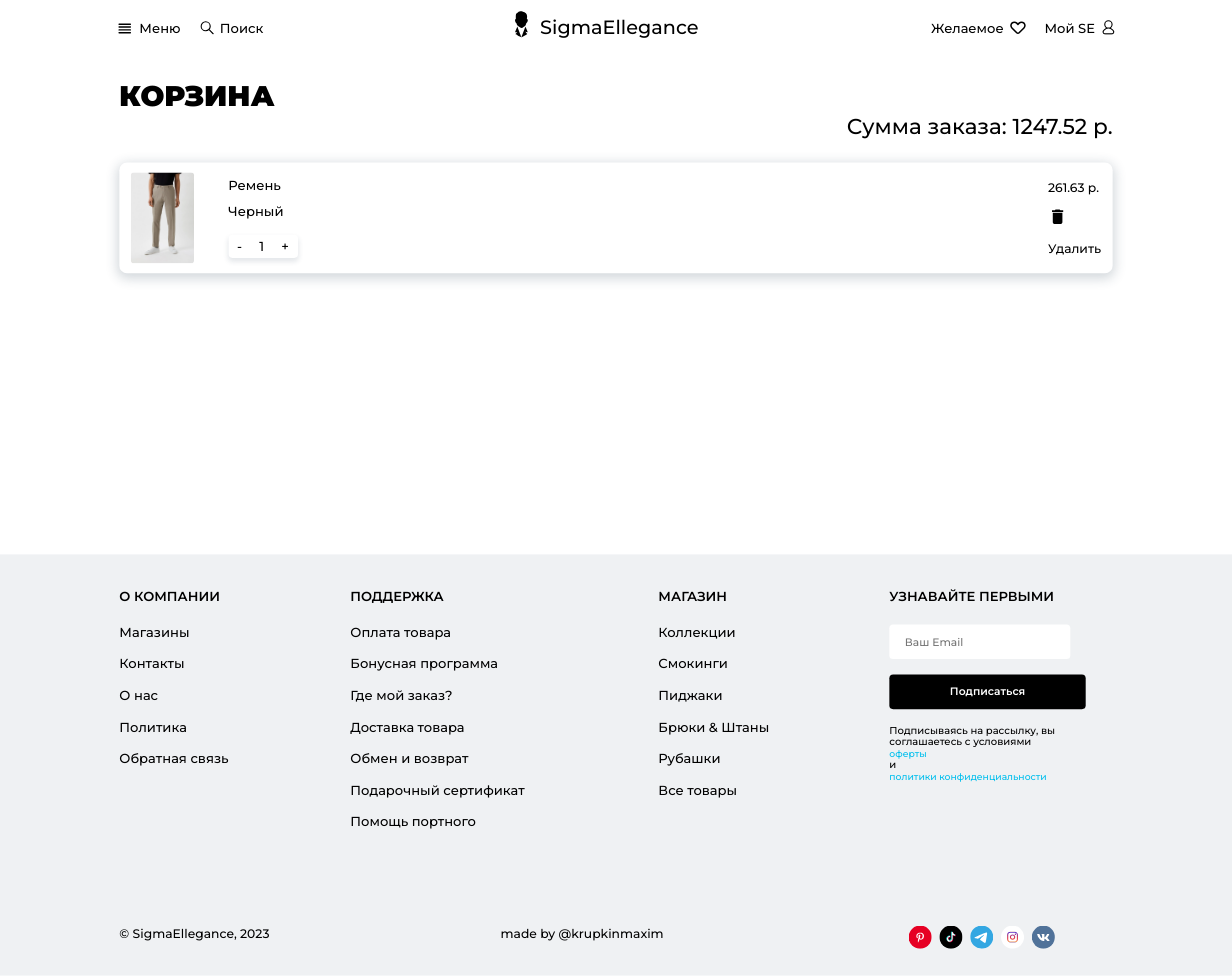
Repository: MaksimKrupkin/SigmaEllegance
Page: /cart
An editor plug-in stored every save of this project. The page is shown before and after the next save, followed by the edit.
The browser window is 1280 px wide. The page is 1600 px wide, so the pictures cover 1600 px, including what lies to the right of the window. The pictures show the whole page, at 77% of full size.
Some web fonts or font styles are not loaded; a fallback is used. The project was rebuilt for these pictures with package versions that can differ from the ones it lists, and the page was loaded fresh each time. Also part of the build but not shown: src/Components/SideBar/SideBar.module.css, src/Components/SideBar/SideBar.jsx, src/Pages/HomePage.module.css, src/Components/SliderWrapper/SliderWrapper.module.css, src/Components/SliderCard/SliderCard.module.css, src/Components/SliderCard/SliderCard.jsx, src/Components/LeftArrow/LeftArrow.module.css, src/Components/LeftArrow/LeftArrow.jsx and 31 more.

Above is the page before, as saved 2023-12-19 19:58:02.

After the next save:
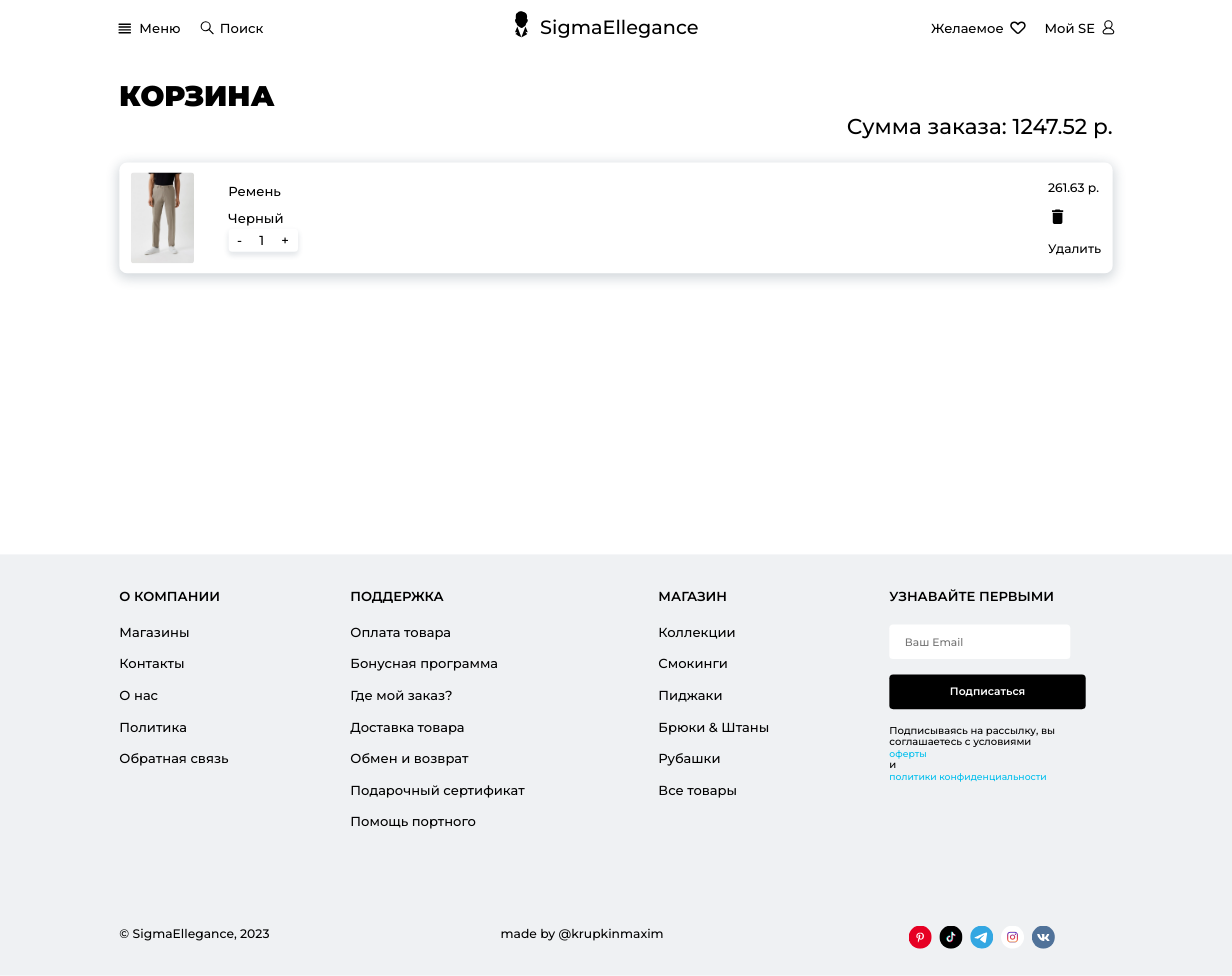
Saved 6 s later.
--- a/src/Pages/Cart/Cart.module.css
+++ b/src/Pages/Cart/Cart.module.css
@@ -73,5 +73,5 @@
 .goods_color {
   line-height: 17px;
   padding-bottom: 5px;
-  margin-top: -1px;
+  margin: 0;
 }
